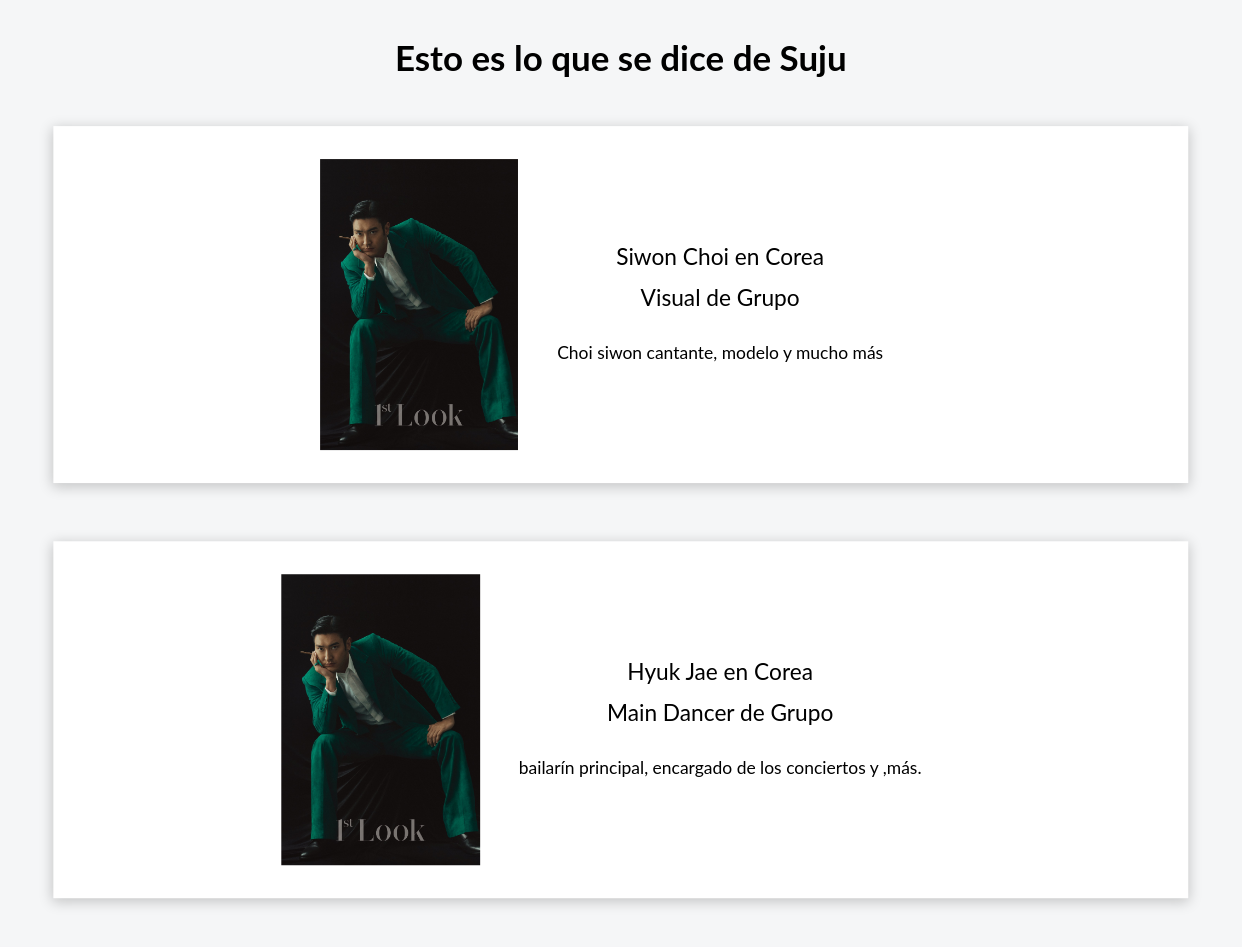
Repository: AleAedo/ReactProyectos1
Page: / (app in testimonios/)
The author's editor kept a copy of each file at every save. The page is drawn from the files as they stood at one save, then again after the next save.
The browser window is 1280 px wide. The pictures show the whole page, at 97% of full size.
The project was rebuilt for these pictures with package versions that can differ from the ones it lists, and the page was loaded fresh each time.

Above is the page before, as saved 2022-08-11 13:20:16.

### testimonios/src/App.js
import logo from './logo.svg';
import './App.css';
import Testimonio from './componentes/Testimonio';

function App() {
  return (
    <div className="App">
      <div className='contenedor-principal'>
        <h1>Esto es lo que se dice de Suju</h1>
      <Testimonio
      nombre='Siwon Choi'
      imagen='siwon'
      pais='Corea'
      cargo='Visual de Grupo'
      testimonio='Choi siwon cantante, modelo y mucho más '/>
      <Testimonio
            nombre='Hyuk Jae'
            imagen='hyukjae'
            pais='Corea'
            cargo='Main Dancer de Grupo'
            testimonio='bailarín principal, encargado de los conciertos y ,más. '/>

      </div>


    </div>
  );
}

export default App;

### testimonios/src/App.css
* {
   margin: 0;
   padding: 0;
  }
  html,
  body {
    font-size: 18px;
    background-color: #f5f6f7;
  }
  h1 {
    max-width: 940px;
    font-size: 2,5 em;
    font-family: Lato, sans-serif;
    font-weight: 700;
    line-height: 1.1;
    margin: 40PX 0;
  }
  .App {
    min-height: 100vh;
    display: flex;
    flex-wrap: wrap;
    align-items: center;
    justify-content: center;
    text-align: center;
  }
  .contenedor-principal {
    min-height: 600px;
    display: flex;
    flex-wrap: wrap;
    align-items: center;
    justify-content: center;
  }

### testimonios/src/componentes/Testimonio.js
import React from "react";
import '../hojas-de-estilo/Testimonio.css';

function Testimonio(props) {
    return  (
      <div className='contenedor-testimonio'>
      <img
      className='imagen-testimonio'
      src={require('../imagenes/testimonio-siwon.jpg') }
      alt='Foto de siwon'/>
      <div className='contenedor-texto-testimonio'>
        <p className='nombre-testimonio'> {props.nombre} en {props.pais}</p>
        <p className='cargo-testimonio'> {props.cargo}</p>
        <p className='texto-testimonio'> {props.testimonio}   </p>
      </div>
      </div>
    );
}
export default Testimonio;

### testimonios/src/hojas-de-estilo/Testimonio.css
.contenedor-testimonio {
  width: 1170px;
  height: 368px;
  margin: 10px 10px 50px;
  display: flex;
  align-items: center;
  justify-content: center;
  background-color: #fff;
  box-shadow: 0 3px 13px 1px rgb(0 0 0 / 20%);
}
.imagen-testimonio {
  width: auto;
  height: 300px;
}
.contenedor-texto-testimonio {
  text-align: center;
  padding: 40px;
  font-family: Lato, sans-serif;
  font-weight: 400;
  line-height: 1.5rem;
}
.nombre-testimonio {
  font-size: 1.3rem;
}
.cargo-testimonio {
  font-size: 1.3rem;
  margin-top: 15px;
  padding-bottom: 30px;
}
.texto-testimonio {
  text-align: justify ;
}

Loaded but not shown: testimonios/public/index.html (common file); testimonios/src/index.js (common file); testimonios/src/index.css (common file)

After the next save:
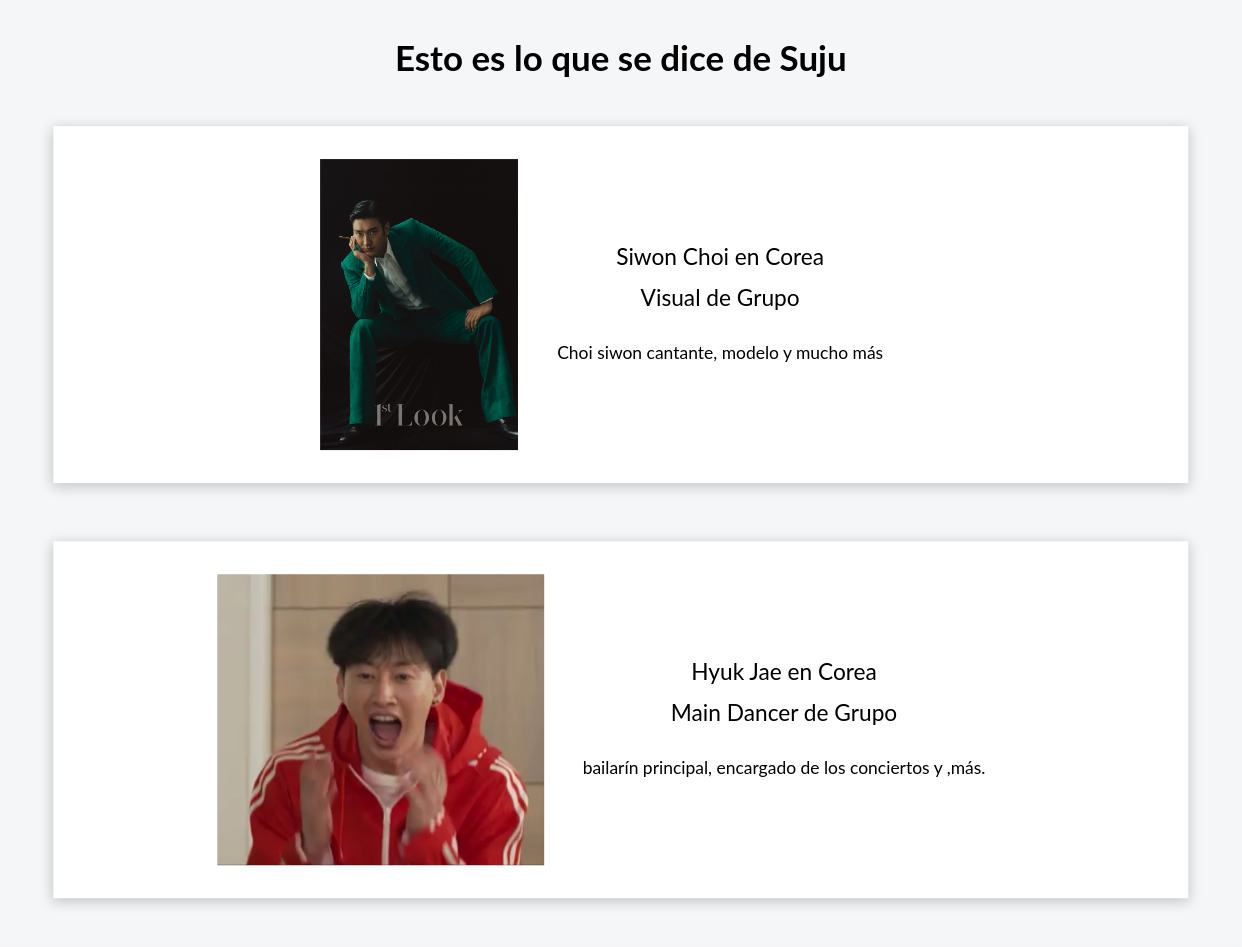
Saved 17 s later.
--- a/testimonios/src/componentes/Testimonio.js
+++ b/testimonios/src/componentes/Testimonio.js
@@ -6,7 +6,7 @@
       <div className='contenedor-testimonio'>
       <img
       className='imagen-testimonio'
-      src={require('../imagenes/testimonio-siwon.jpg') }
+      src={require(`../imagenes/testimonio-${props.imagen}.jpg`) }
       alt='Foto de siwon'/>
       <div className='contenedor-texto-testimonio'>
         <p className='nombre-testimonio'> {props.nombre} en {props.pais}</p>
